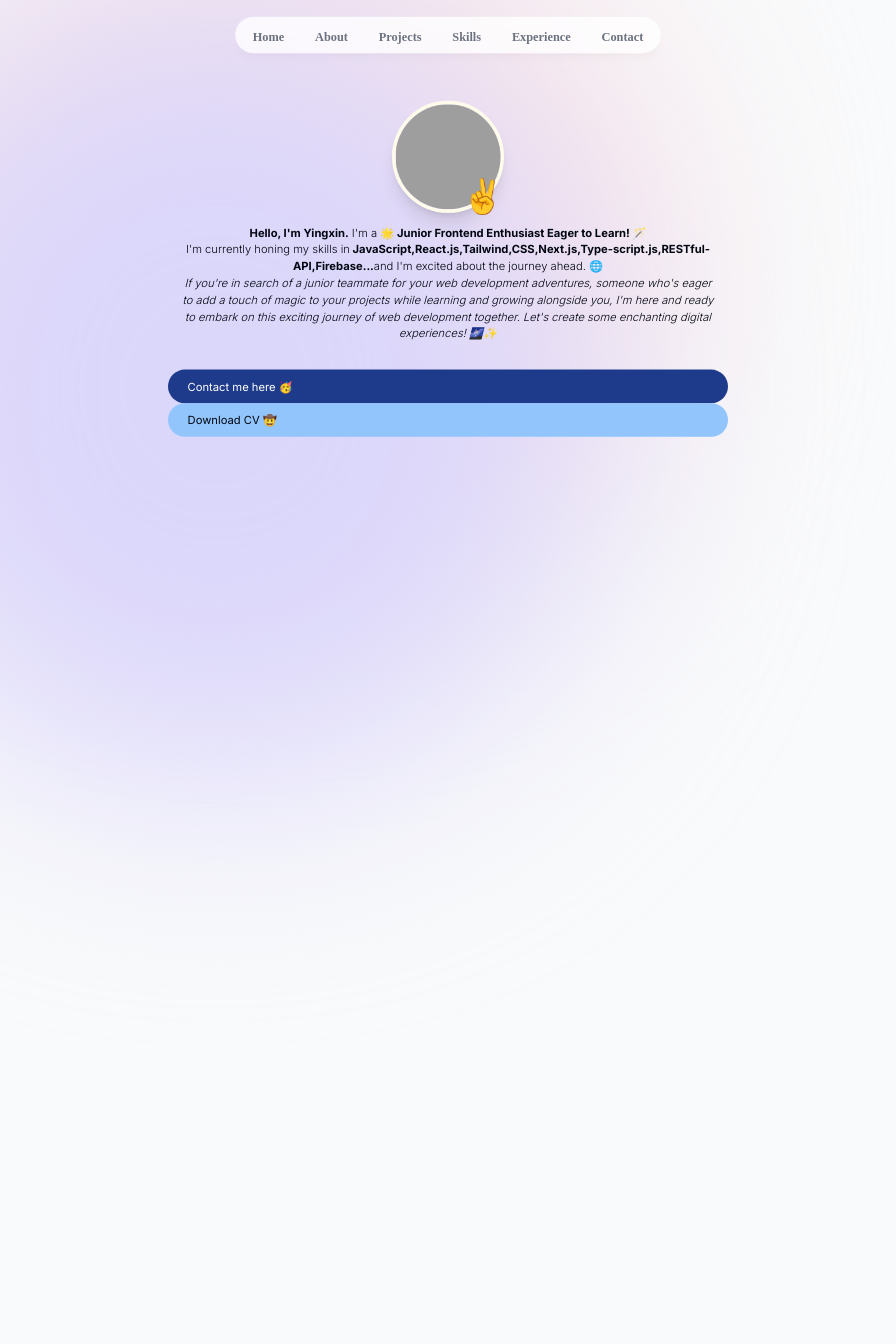
Repository: Tracy-maker/portfolio_website
Page: /
The author's editor kept a copy of each file at every save. The page is drawn from the files as they stood at one save, then again after the next save.
The browser window is 1280 px wide. The pictures show the part of the page from y = 0 to 1920 px (the page is 5000 px tall), at 70% of full size.
Pictures or frames that could not be fetched are drawn as grey boxes. The project was rebuilt for these pictures with package versions that can differ from the ones it lists, and the page was loaded fresh each time. The framework's server and built-in components were replaced by stand-ins that run in the browser. Also part of the build but not shown: next.config.js.

Above is the page before, as saved 2023-10-06 11:23:56.

After the next save:
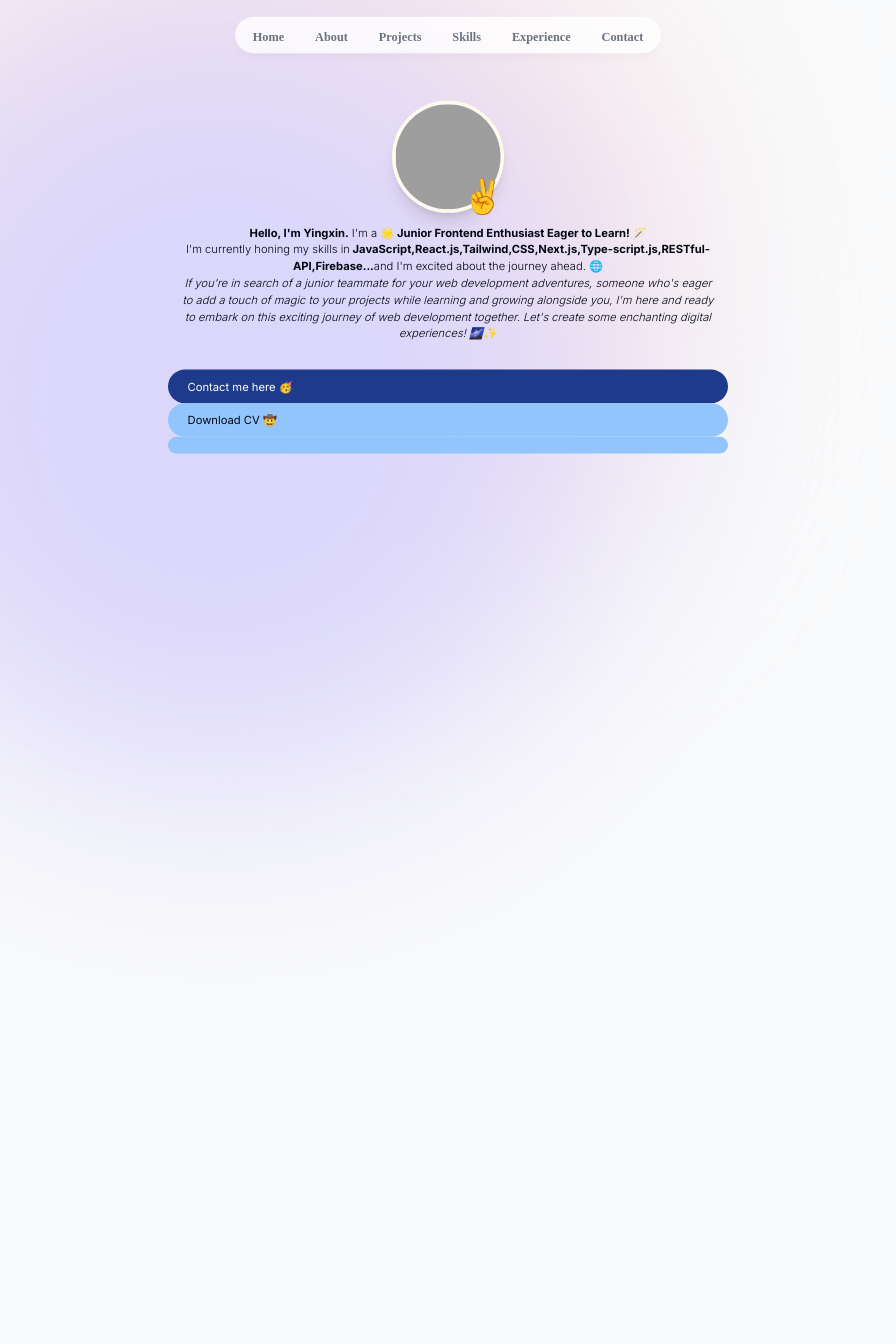
Saved 24 s later.
--- a/components/intro.tsx
+++ b/components/intro.tsx
@@ -80,7 +80,7 @@ export default function Intro() {
         <a className="bg-blue-300 px-7 py-3 flex items-center gap-2 rounded-full">
           Download CV 🤠
         </a>
-        <a></a>
+        <a className="bg-blue-300 px-7 py-3 flex items-center gap-2 rounded-full"></a>
       </div>
     </section>
   );
